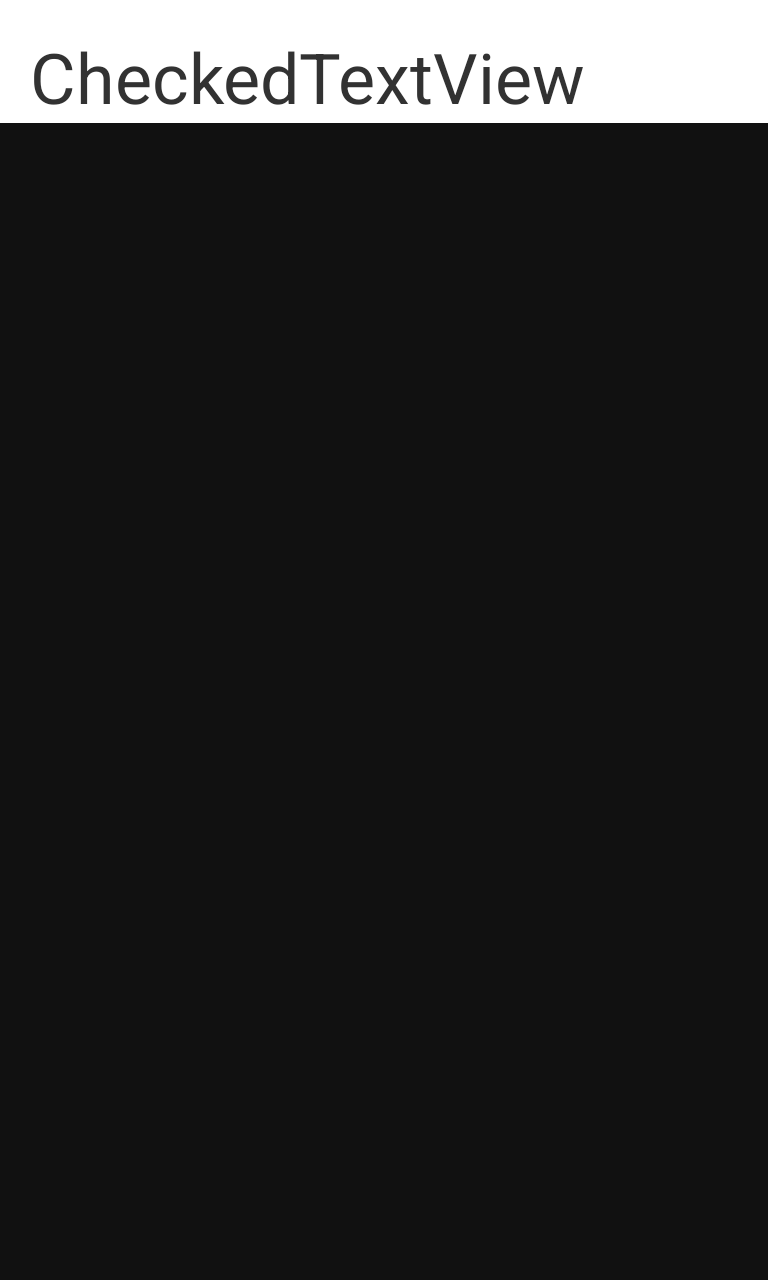
Repository: ppamorim/Coderock-X
Layout: workspace-Android/teste1/res/layout/activity_home.xml
These files come from the project's save history. The layout is drawn as it stood at one moment and after the next save; the edit follows.
It is drawn on a 768 x 1280 px phone screen (xhdpi) without system bars, with theme AppTheme; the app's code is not run. The app's manifest (not shown) leaves right-to-left support off. So textAlignment, textDirection and layoutDirection are ignored, and left and right values win over start and end ones.

Above is the layout before, as saved 2014-01-06 18:58:26.

### workspace-Android/teste1/res/layout/activity_home.xml
<?xml version="1.0" encoding="utf-8"?>
<LinearLayout xmlns:android="http://schemas.android.com/apk/res/android"
    android:layout_width="match_parent"
    android:layout_height="match_parent"
    android:background="@drawable/background"
    android:orientation="vertical" >

    <LinearLayout
        android:layout_width="match_parent"
        android:layout_height="wrap_content"
        android:orientation="vertical"
        android:background="#FFF" >

        <TextView
            android:id="@+id/TextView1"
            android:layout_width="wrap_content"
            android:layout_height="wrap_content"
            android:textSize="35dp"
            android:layout_marginTop="15dp"
            android:layout_marginLeft="15dp"
            android:layout_marginRight="15dp"
            android:text="CheckedTextView" />

    </LinearLayout>

    <TableLayout
        android:layout_width="match_parent"
        android:layout_height="wrap_content" >

        <TableRow
            android:id="@+id/tableRow1"
            android:layout_width="wrap_content"
            android:layout_height="wrap_content" >
        </TableRow>

        <TableRow
            android:id="@+id/tableRow2"
            android:layout_width="wrap_content"
            android:layout_height="wrap_content" >
        </TableRow>

        <TableRow
            android:id="@+id/tableRow3"
            android:layout_width="wrap_content"
            android:layout_height="wrap_content" >
        </TableRow>

        <TableRow
            android:id="@+id/tableRow4"
            android:layout_width="wrap_content"
            android:layout_height="wrap_content" >
        </TableRow>
    </TableLayout>

</LinearLayout>

### workspace-Android/teste1/res/values/styles.xml
<resources>

    <!--
        Base application theme, dependent on API level. This theme is replaced
        by AppBaseTheme from res/values-vXX/styles.xml on newer devices.
    -->
    <style name="AppBaseTheme" parent="android:Theme.Light">
        <!--
            Theme customizations available in newer API levels can go in
            res/values-vXX/styles.xml, while customizations related to
            backward-compatibility can go here.
        -->
    </style>

    <!-- Application theme. -->
    <style name="AppTheme" parent="AppBaseTheme">

    </style>

</resources>

### workspace-Android/teste1/res/drawable-hdpi/background.xml
<?xml version="1.0" encoding="utf-8"?>
<bitmap xmlns:android="http://schemas.android.com/apk/res/android"
  android:src="@drawable/background2"
  android:tileMode="repeat" />

Loaded but not shown: workspace-Android/teste1/res/values-v11/styles.xml (common file); workspace-Android/teste1/res/values-v14/styles.xml (common file)

After the next save:
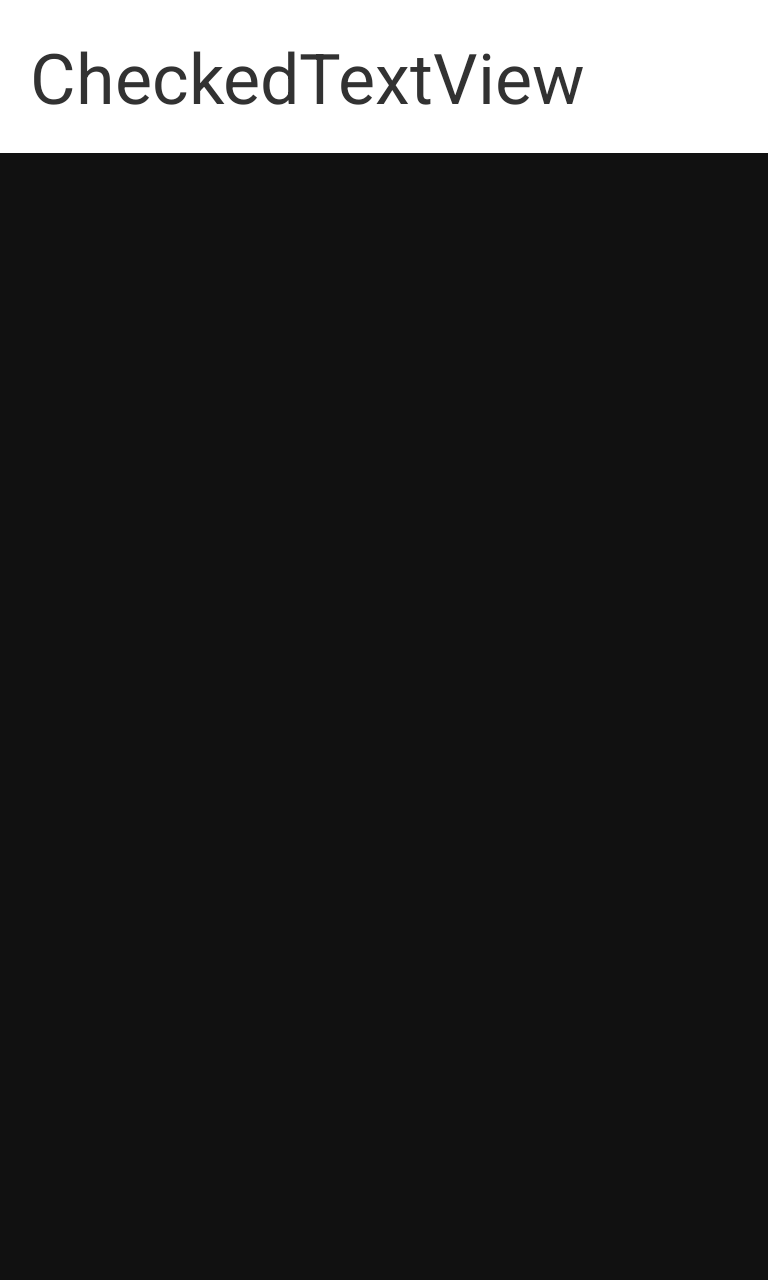
Saved 18 s later.
--- a/workspace-Android/teste1/res/layout/activity_home.xml
+++ b/workspace-Android/teste1/res/layout/activity_home.xml
@@ -17,6 +17,7 @@
             android:layout_height="wrap_content"
             android:textSize="35dp"
             android:layout_marginTop="15dp"
+            android:layout_marginBottom="15dp"
             android:layout_marginLeft="15dp"
             android:layout_marginRight="15dp"
             android:text="CheckedTextView" />
